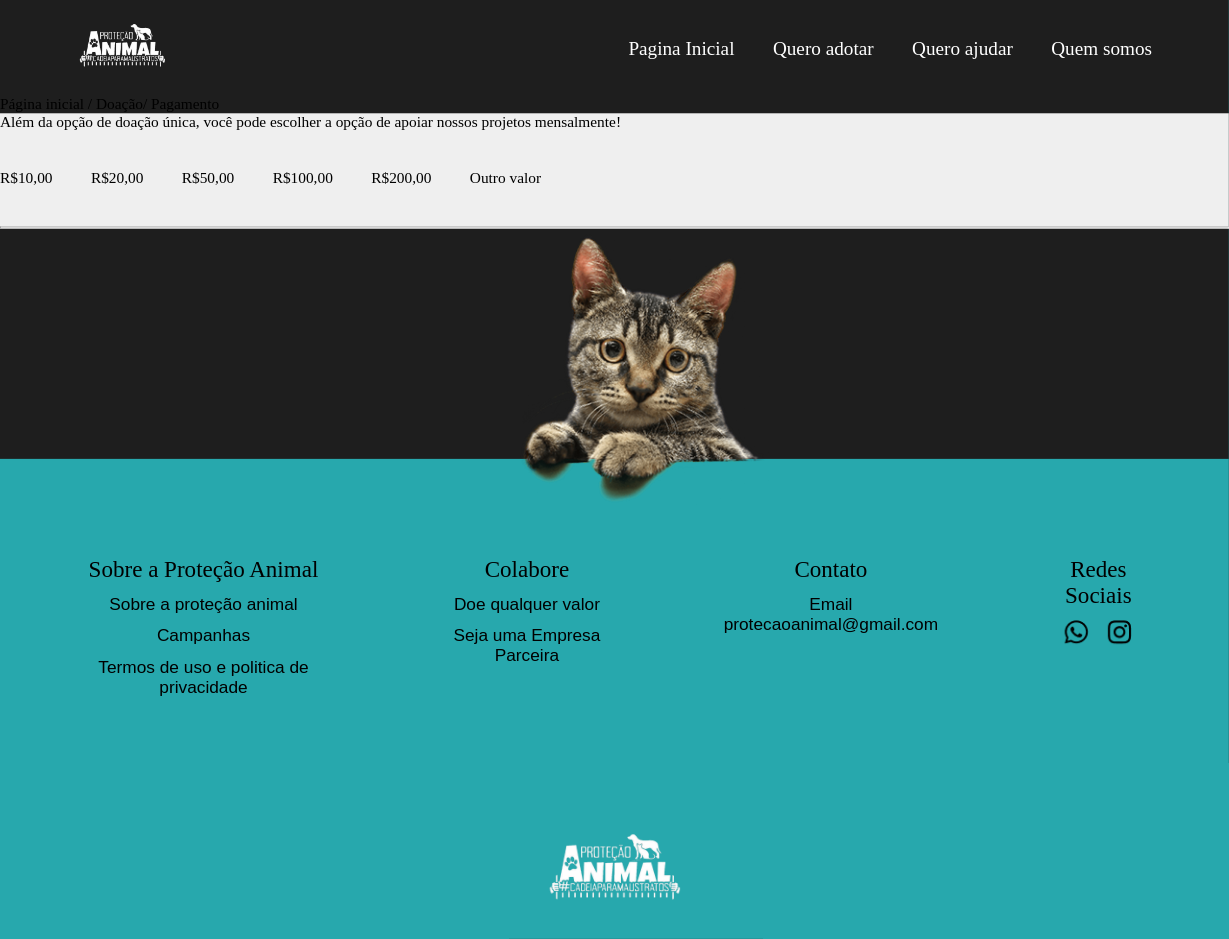
Repository: edjunior-nascimento/protecao-animal-web
Page: src/pages/formulario-doacao/index.html
The author's editor kept a copy of each file at every save. The page is drawn from the files as they stood at one save, then again after the next save.
The browser window is 1280 px wide. The pictures show the whole page, at 96% of full size.

Above is the page before, as saved 2025-02-22 03:03:56.

After the next save:
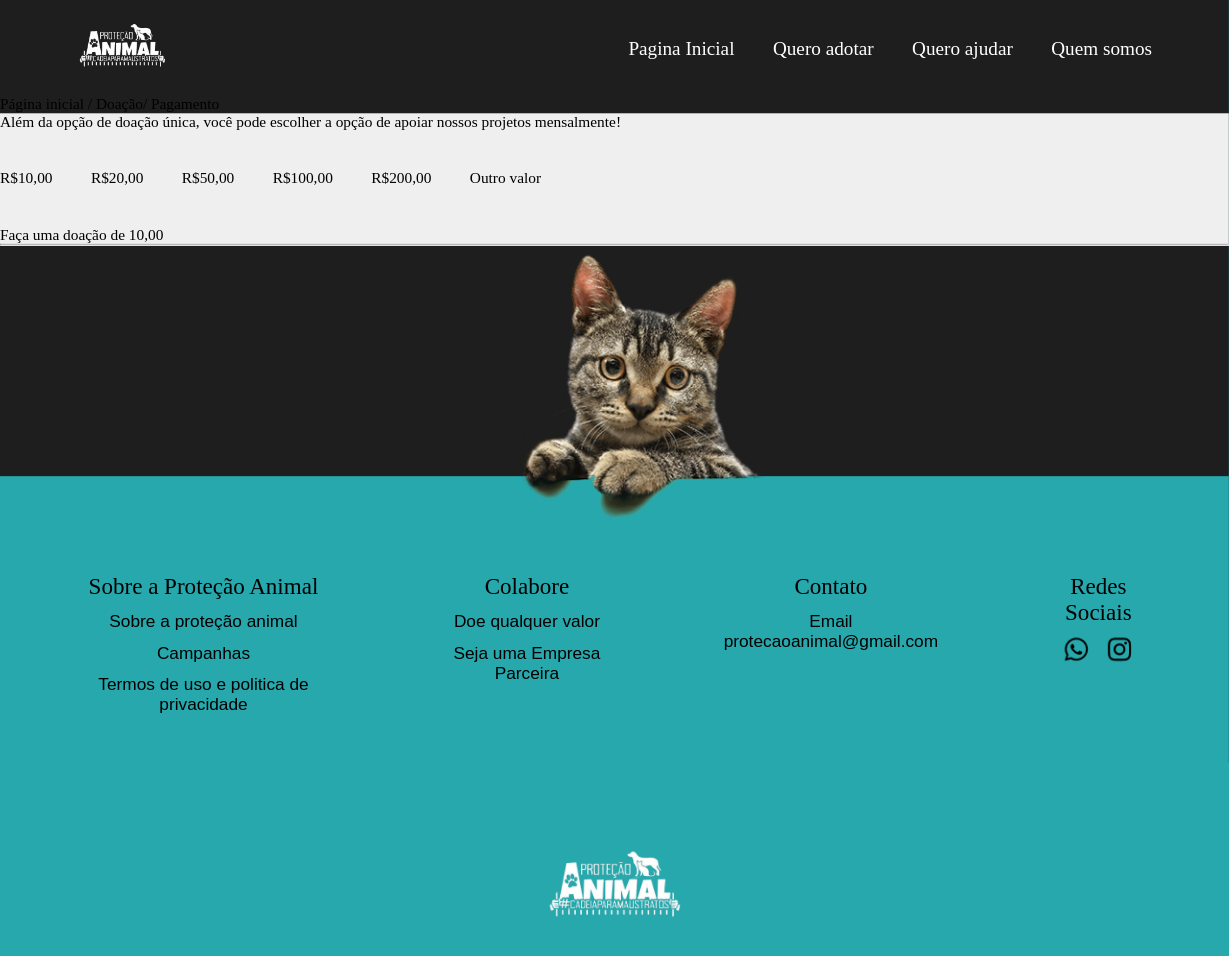
Saved 33 s later.
--- a/src/pages/formulario-doacao/index.html
+++ b/src/pages/formulario-doacao/index.html
@@ -65,7 +65,7 @@
                         <li><span>Outro valor</span></li>
                     </ul>
                 </nav>
-                <div class="res"><span></span></div>
+                <div class="res"><span>Faça uma doação de 10,00</span></div>
             </div>
             <hr>
     </div>
